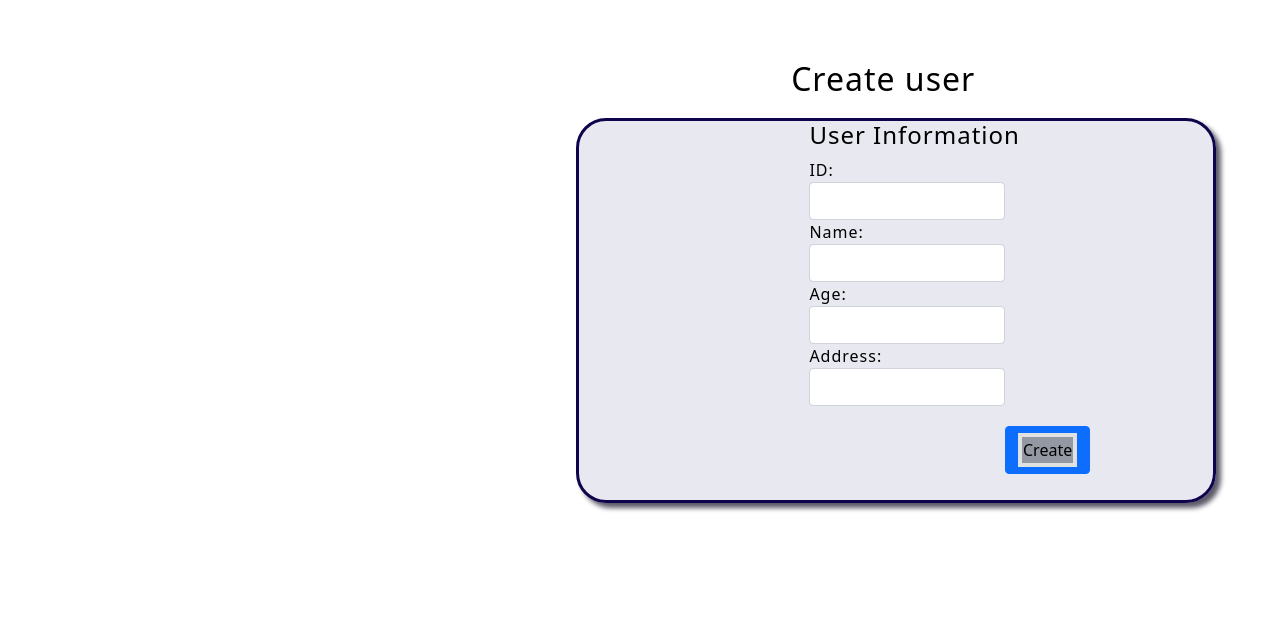
Repository: minhtuan16/JS-Basic
Page: CRUD-Department/create.html
These files come from the project's save history. The page is drawn as it stood at one moment and after the next save; the edit follows.
The browser window is 1280 px wide. The pictures show the whole page.

Above is the page before, as saved 2022-06-09 00:22:29.

### CRUD-Department/create.html
<!DOCTYPE html>
<html lang="en">
<head>
    <meta charset="UTF-8">
    <meta http-equiv="X-UA-Compatible" content="IE=edge">
    <meta name="viewport" content="width=device-width, initial-scale=1.0">
    <link rel="stylesheet" href="https://cdnjs.cloudflare.com/ajax/libs/font-awesome/4.7.0/css/font-awesome.min.css">
    <link href="https://cdn.jsdelivr.net/npm/bootstrap@5.1.3/dist/css/bootstrap.min.css" rel="stylesheet" integrity="sha384-1BmE4kWBq78iYhFldvKuhfTAU6auU8tT94WrHftjDbrCEXSU1oBoqyl2QvZ6jIW3" crossorigin="anonymous">
    <link rel="stylesheet" href="styles/style.css">
    <!-- <link rel="stylesheet" href="styles/search.css"> -->
    <title>User</title>
</head>
<body>

    <h2>Create user</h2>
    <!--create a form with the following fiels,email, password, first name, last name, age, address, phone, payment, color-->


    <form id="registerForm" class="container">
        <h4>User Information</h4>
        <div class="control">
            <label>ID:</label>
            <input class="form-control" id="id" type="text" value="" />
        </div>

        <div class="control">
            <label>Name:</label>
            <input class="form-control" id="name" type="text" value="" />
        </div>
        <div class="control">
            <label>Age:</label>
            <input class="form-control" id="age" type="text" value="" />
        </div>
        <div class="control">
            <label>Address:</label>
            <input class="form-control" id="address" type="text" value="" />
        </div>

        <button type="button" class="btn btn-primary" id="btnSave" onclick="create()"><a href="users.html">Create</a></button>

        <button type="button" class="btn btn-primary" id="btnUpdate" onclick="update()" style="display: none;">Save</button>
    </form>

    <!-- <div class="search-container">
        <form >
            <input type="text" placeholder="Search..." name="search">
            <button type="button"><i class="fa fa-search"></i></button>
        </form>
    </div> -->

    <!-- <table border="1px">

        <tr>
            <td>ID</td>
            <td>Name</td>
            <td>Age</td>
            <td>Address</td>
            <td>Action</td>
        </tr>

        <tbody id="tableBody">

        </tbody>
    </table> -->
    <script src="scripts/create.js"></script>
</body>
</html>

### CRUD-Department/styles/style.css
/* Global */
.control{
    width: 50%;
}
.error{
    border: 2px solid red;
}
html{
    font-family: Verdana, Geneva, Tahoma, sans-serif;
    letter-spacing: 1px;
}
h2{
    text-align: center;
}
body{
    /* background-color: #141E61; */
    color: #000000;
}
/* Nav */
a {
    display: inline-block;
    text-decoration: none;
    color: black;
    padding: 5px;
    background-color: #9498a3;
    vertical-align: middle;
    -webkit-transform: perspective(1px) translateZ(0);
    transform: perspective(1px) translateZ(0);
    box-shadow: 0 0 1px rgba(0, 0, 0, 0);
    position: relative;
}

a:before {
    content: '';
    position: absolute;
    border: #e1e1e1 solid 4px;
    top: 0;
    right: 0;
    bottom: 0;
    left: 0;
    -webkit-transition-duration: 0.3s;
    transition-duration: 0.3s;
    -webkit-transition-property: top, right, bottom, left;
    transition-property: top, right, bottom, left;
}

a:hover:before,
a:focus:before,
.a:active:before {
    top: -8px;
    right: -8px;
    bottom: -8px;
    left: -8px;
}

/* Index */
#sign-in {
    border: #0F044C solid 3px;
    background-color: #1225ee34;
    box-shadow: 5px 5px 5px #0F044C;
    padding-left: 20%;
    padding-bottom: 20%;
    width: 20rem;
    margin-left: 20%;
    border-radius: 30px;
}

/* Register */
.nav-btn {
    margin-left: 20px;
    margin-top: 20px
}

h2 {
    margin-left: 38%;
    margin-top: 60px;
}

#registerForm {
    border: #0F044C solid 3px;
    background-color: #8f92b434;
    box-shadow: 5px 5px 5px #5c5a68;
    padding-left: 18%;
    padding-bottom: 2%;
    width: 50%;
    margin-left: 45%;
    border-radius: 30px;
    margin-top: 20px;
}

#btnSave {
    margin-left: 50%;
    margin-top: 20px;
}

#btnUpdate {
    margin-left: 50%;
    margin-top: 20px;
}

/* Users */
table {
    border: #a0bce7 4px solid;
    background-color: #8184a734;
    margin-top: 50px;
    margin-left: 500px;
}

/* h1 {
    margin-top: -450px;
} */
table form input {
    margin-left: 100px;
}

table td {
    border: #000000 1px solid;
    text-align: center;
    font-weight: 900;
    padding: 10px;
}

td {
    font-weight: 100;
    border: #e1e1e1 solid 1px;
    padding: 5px;
}

### CRUD-Department/scripts/create.js

var data = [
    {id: 1, name: "xyz1", age: 18, address: "hn"},
    {id: 2, name: "xyz2", age: 20, address: "hn"},
    {id: 3, name: "xyz3", age: 21, address: "hn"}
]

function drawTable(person) {
    var tr = document.createElement("tr");
    var tdid = document.createElement("td");
    var tdName = document.createElement("td");
    var tdAge = document.createElement("td");
    var tdAddress = document.createElement("td");
    var tdOption = document.createElement("td");

    var editBtn = document.createElement("button");
    var deleteBtn = document.createElement("button");

    editBtn.innerText = 'Edit';
    deleteBtn.innerText = 'Delete';

    tdOption.appendChild(editBtn);
    tdOption.appendChild(deleteBtn);

    //bat su kien edit
    editBtn.onclick = function() {
        editPerson(person.id);
    }

    //bat su kien edit
    deleteBtn.onclick = function() {
        deletePerson(person.id);
    }

    tdid.innerHTML = person.id;
    tdName.innerHTML = person.name;
    tdAge.innerHTML = person.age;
    tdAddress.innerHTML = person.address;

    tr.appendChild(tdid);
    tr.appendChild(tdName);
    tr.appendChild(tdAge);
    tr.appendChild(tdAddress);
    tr.appendChild(tdOption)

    var tableBody = document.getElementById("tableBody");
    tableBody.appendChild(tr);
}

function resetDrawTable(persons) {
    var tableBody = document.getElementById("tableBody");
    tableBody.innerHTML = "";

    for (var i = 0; i < persons.length; i++) {
        drawTable(persons[i]);
    }
}

// resetDrawTable(data)
function create() {
    var idIp = document.getElementById("id");
    var nameIp = document.getElementById("name");
    var ageIp = document.getElementById("age");
    var addressIp = document.getElementById("address");


    var id = idIp.value;
    var name = nameIp.value;
    var age = ageIp.value;
    var address = addressIp.value;

    if (id.length > 0 && name.length > 0 && age.length > 0 && address.length > 0) {
        var p = {id: id, name: name, age: age, address: address};

        data.push(p);

        resetDrawTable(data);

        alert('Create Success');
    } else {
        alert('Dien day du thong tin');
    }
}

function editPerson(id) {
    var index = data.findIndex(x => x.id == id);
    let person = data[index];

    var idIp = document.getElementById("id");
    var nameIp = document.getElementById("name");
    var ageIp = document.getElementById("age");
    var addressIp = document.getElementById("address");

    idIp.value = person.id;
    nameIp.value = person.name;
    ageIp.value = person.age;
    addressIp.value = person.address;

    document.getElementById("btnUpdate").style.display = 'block';
    document.getElementById("btnSave").style.display = 'none';
}

function update() {
    var idIp = document.getElementById("id");
    var nameIp = document.getElementById("name");
    var ageIp = document.getElementById("age");
    var addressIp = document.getElementById("address");

    var id = idIp.value;
    var name = nameIp.value;
    var age = ageIp.value;
    var address = addressIp.value;

    var index = data.findIndex(x => x.id == id);

    if (id.length > 0 && name.length > 0 && age.length > 0 && address.length > 0) {
        data[index] = {id: id, name: name, age: age, address: address};

        resetDrawTable(data);
        alert('Create Success');
    } else {
        alert('Dien day du thong tin');
    }
    document.getElementById("btnUpdate").style.display = 'none';
    document.getElementById("btnSave").style.display = 'block';
}

function deletePerson(id) {
    var newData = data.filter(x => x.id != id);

    data = newData;

    resetDrawTable(data);

}

After the next save:
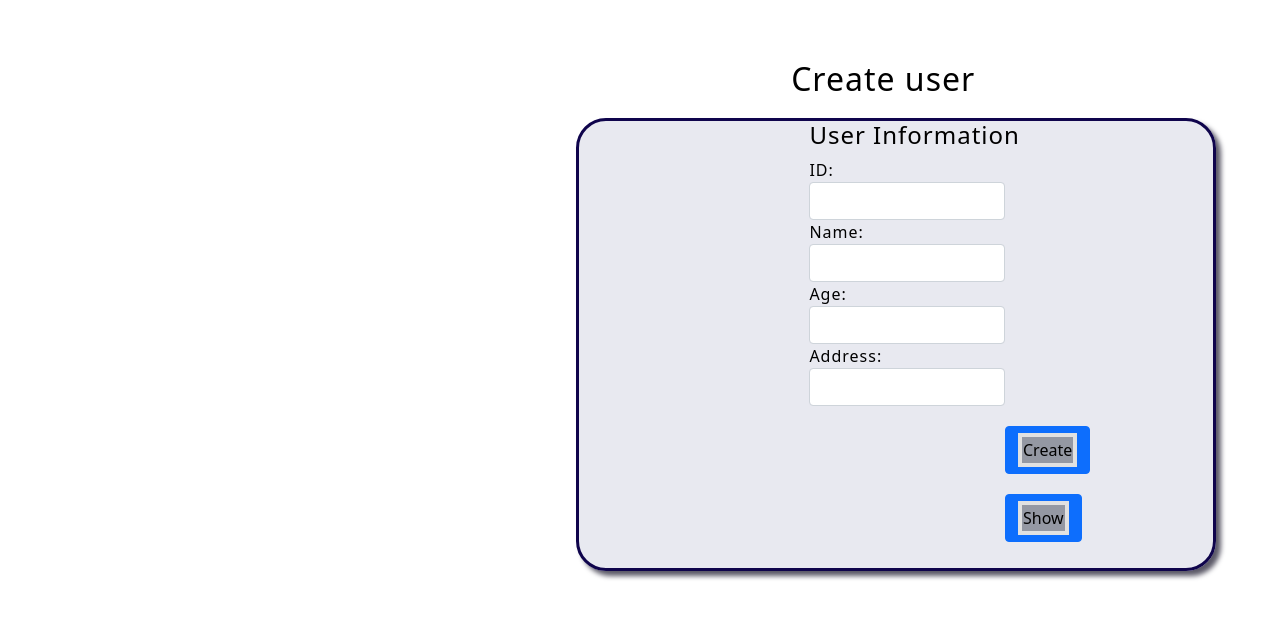
Saved 58 s later.
--- a/CRUD-Department/create.html
+++ b/CRUD-Department/create.html
@@ -38,6 +38,9 @@
 
         <button type="button" class="btn btn-primary" id="btnSave" onclick="create()"><a href="users.html">Create</a></button>
 
+        <button type="button" class="btn btn-primary" id="btnSave" onclick="create()"><a href="users.html">Show</a></button>
+
+
         <button type="button" class="btn btn-primary" id="btnUpdate" onclick="update()" style="display: none;">Save</button>
     </form>
 
